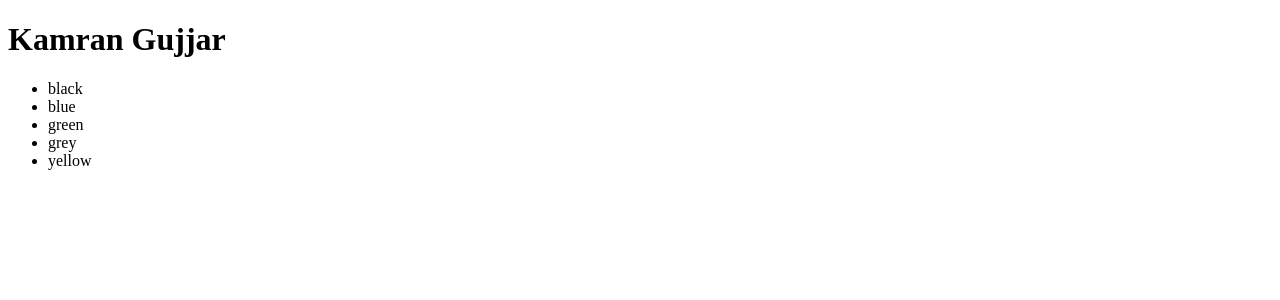
Repository: Kamrangujjar85112/Javascript-Vanilla-Projects
Page: index.html
An editor plug-in stored every save of this project. The page is shown before and after the next save, followed by the edit.
The browser window is 1280 px wide. The pictures show the whole page.

Above is the page before, as saved 2022-01-16 23:20:36.

After the next save:
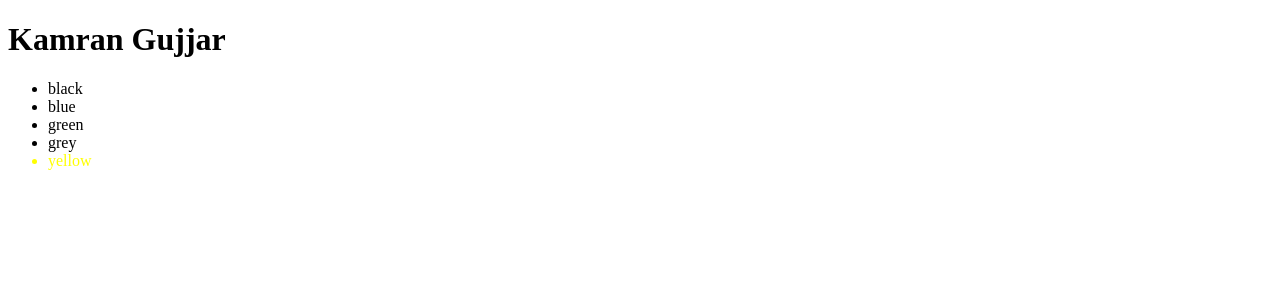
Saved 98 s later.
--- a/app.js
+++ b/app.js
@@ -485,8 +485,7 @@
 // document.getElementById('btn').style.backgroundColor = 'red';
 // document.getElementById('btn').style.color = 'white';
 
-const lists = document.getElementsByTagName('li');
-const allLists = [...lists];
-// allLists.forEach((list)=>{
-// });
+const list = document.getElementsByTagName('li');
+list[4].style.color = 'yellow';
+const allLists = [...list];
 console.log(allLists);

After the 3 saves that followed:
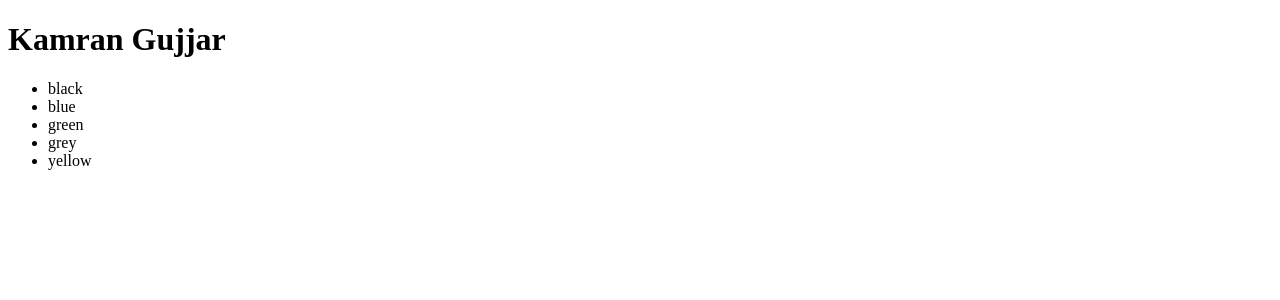
The 3 saves are shown as one change because 2 left the picture as it was.
The last was saved 48 s later.
--- a/app.js
+++ b/app.js
@@ -486,6 +486,7 @@
 // document.getElementById('btn').style.color = 'white';
 
 const list = document.getElementsByTagName('li');
-list[4].style.color = 'yellow';
+
 const allLists = [...list];
+
 console.log(allLists);
